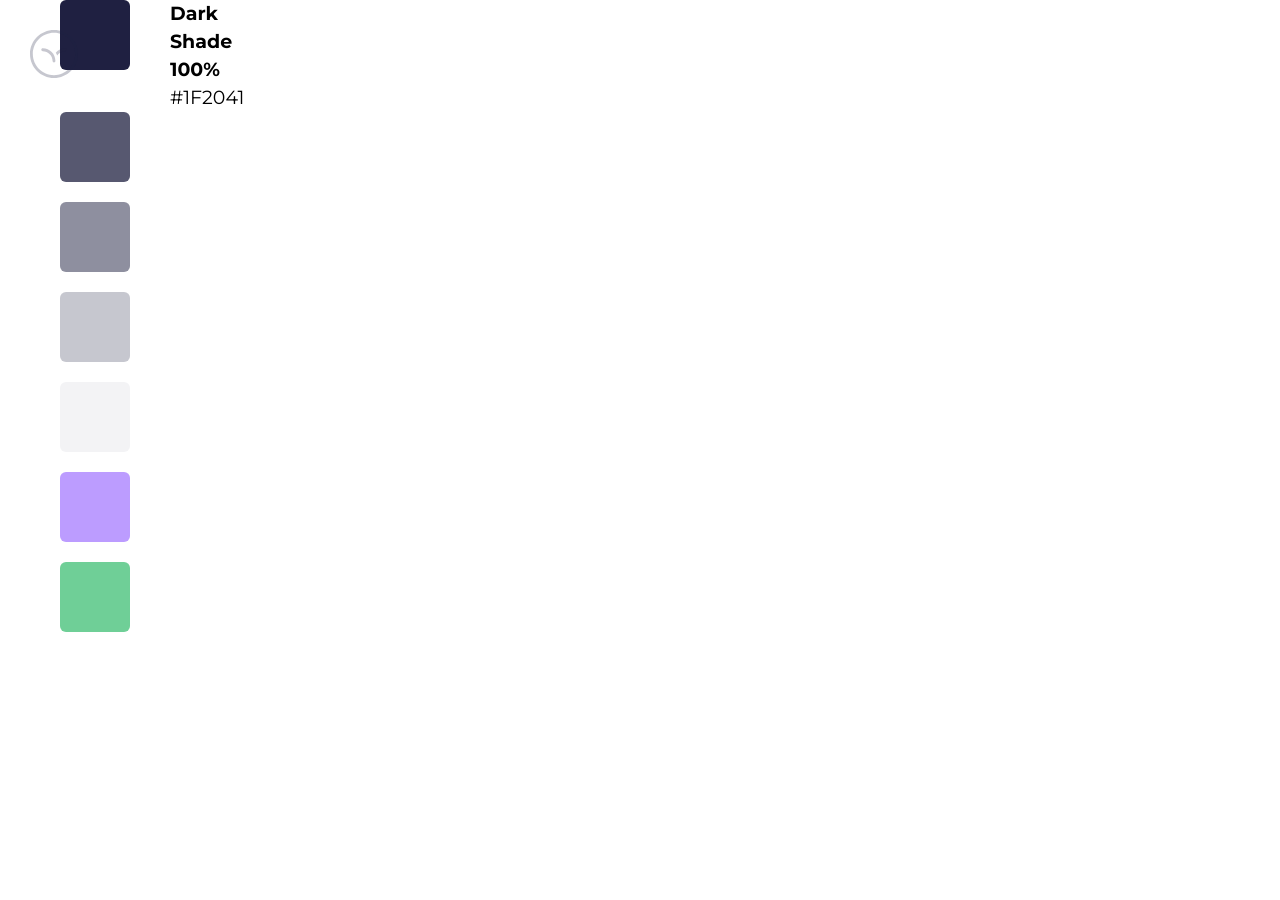
Repository: Inzhir2022/quatrain
Page: ui/index.html
An editor plug-in stored every save of this project. The page is shown before and after the next save, followed by the edit.
The browser window is 1280 px wide. The pictures show the whole page.

Above is the page before, as saved 2022-07-23 09:20:11.

After the next save:
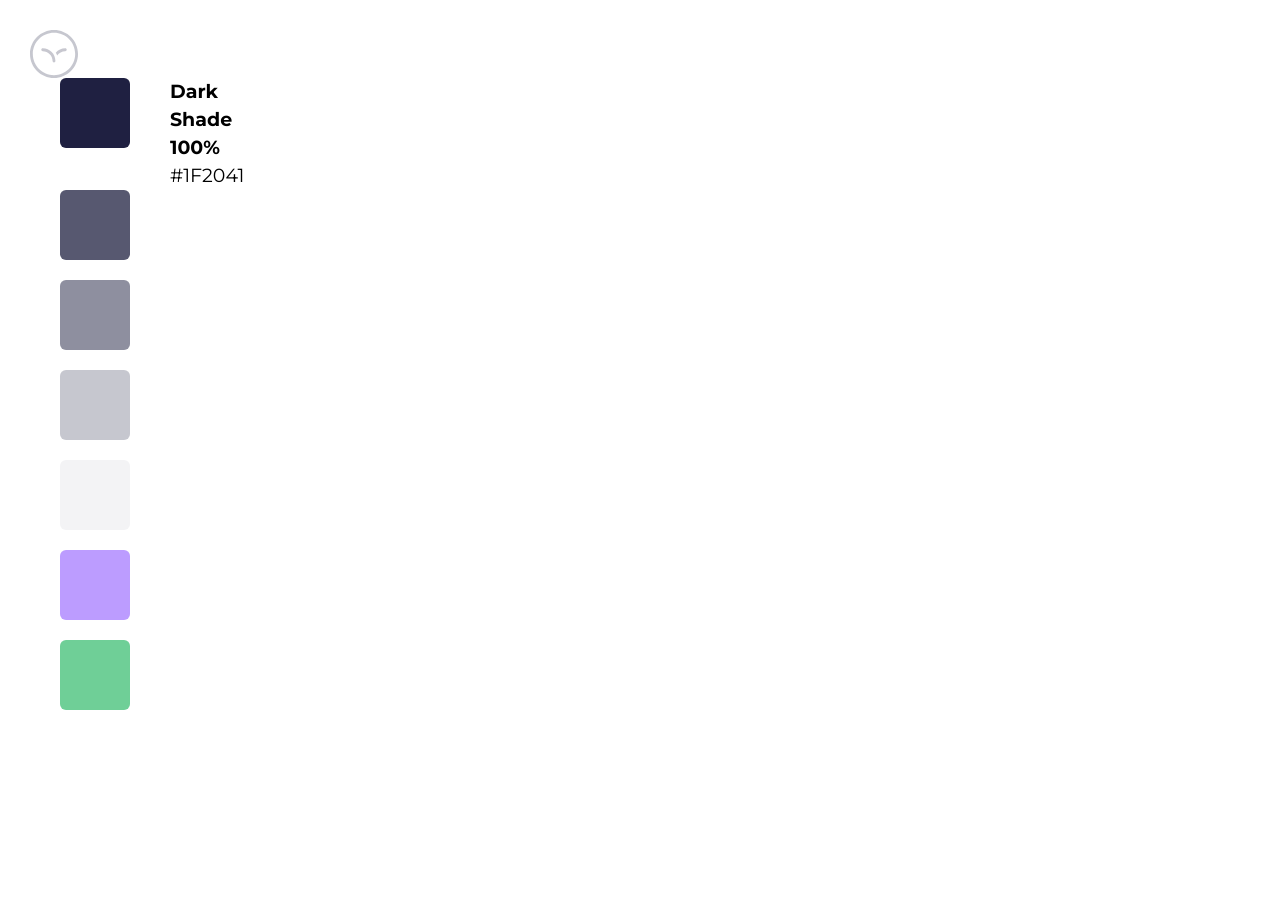
Saved 68 s later.
--- a/ui/style.css
+++ b/ui/style.css
@@ -37,6 +37,10 @@
   fill: rgba(31, 32, 65, .25);
 }
 
+.colors {
+  grid-column: 1;
+  grid-row: 2;
+}
 
 .colors__wrapper {
   display: grid;
